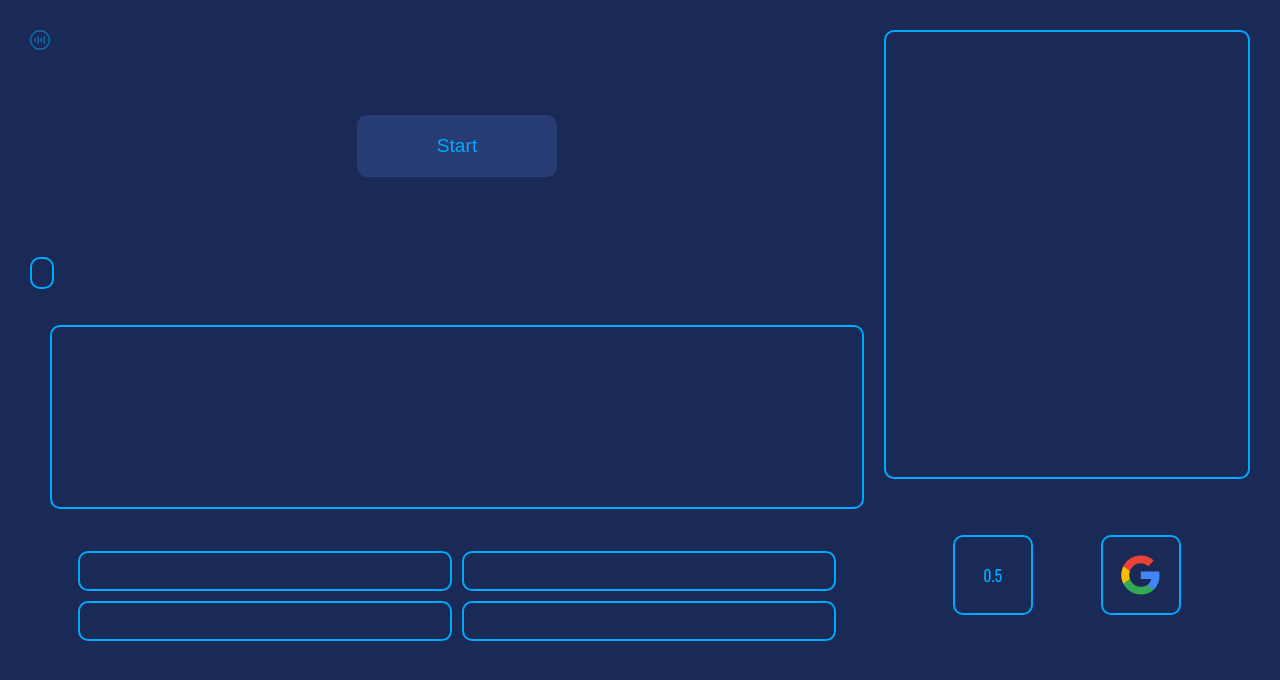
Repository: abdelrahmanahmed20021/Quiz-Platform
Page: index.html
The author's editor kept a copy of each file at every save. The page is drawn from the files as they stood at one save, then again after the next save.
The browser window is 1280 px wide. The pictures show the whole page.

Above is the page before, as saved 2023-01-11 16:41:35.
Console error: TypeError: Cannot read properties of null (reading 'addEventListener')

### index.html
<!DOCTYPE html>
<html lang="en">

    <head>
        <!-- ======== Meta =========== -->
        <meta charset="UTF-8">
        <meta http-equiv="X-UA-Compatible" content="IE=edge">
        <meta name="viewport" content="width=device-width, initial-scale=1.0">
        <title>Question || Platform</title>
        <!-- ======== Links =========== -->
        <link rel="stylesheet" href="./styles/index.css">
        <link rel="stylesheet" href="./styles/responsive.css">
        <!-- ======== Links =========== -->
    </head>

    <body>
        <section>
            <div class="audio_cotroll">
                <audio src="./assets/1.mp3" class="audio" loop></audio>
                <img src="./assets/play.svg" alt="">
                <img src="./assets/stop.svg" class="active" alt="">
            </div>

            <div class="container_1">
                <div class="start_btn flex">
                    <button id="start_quest" class="hover">Start</button>
                </div>
                <span class="quest_index border"></span>
                <div class="quest_content">
                    <div class="quset_cont flex border"></div>
                    <div class="box flex">
                        <div class="answers flex">
                            <span class="answer border hover" answer='a'></span>
                            <span class="answer border hover" answer='b'></span>
                            <span class="answer border hover" answer='c'></span>
                            <span class="answer border hover" answer='d'></span>
                        </div>
                    </div>
                </div>
            </div>

            <div class="container_2">
                <div class="quest_index_num border flex"></div>
                <div class="icons_helper flex">
                    <div class="remove_2 border flex hover">0.5</div>
                    <div class="google border hover flex"><img src="./assets/Google.svg" alt="" width="60px"></div>
                </div>
            </div>
        </section>
        <script type="module" src="./script/index.js"></script>
    </body>

</html>

### styles/index.css
/* ========= Import || Font ||  ========= */
@import url('https://fonts.googleapis.com/css2?family=Oswald:wght@200;300;400;500;600;700&display=swap');
/* ========= Import || Font ||  ========= */




/* ========= Set || Variables ||  ========= */
:root {
    --mainColor: #192a56;
    --primaryColor: #273c75;
    --lightColor: #00a8ff;
    --greenColor: #e1b12c;
    --redColor: #487eb0;
    --mainFont: 'Oswald', sans-serif;
    --mainPadding: 40px;
    --primaryPadding: 20px;
    --mainFontSize: 1.2rem;
    --primaryFontSize: .72rem;
    --mainFontWigth: 500;
    --primaryFontWigth: 700;
}

/* ========= Set || Variables ||  ========= */




/* ========= Golbal || Styles ||  ========= */
*>*,
*::after,
*::before {
    padding: 0;
    margin: 0;
    box-sizing: border-box;
    transition: all .5s ease-in-out;
    user-select: none;
    user-zoom: none;
    -webkit-user-drag: none;
}

body {
    background-color: var(--mainColor);
    font-family: var(--mainFont);
}

.flex {
    display: flex;
    align-items: center;
    justify-content: center;
}

.box {
    height: 50%;
}

.border {
    border: 2px solid var(--lightColor);
    border-radius: 10px;
}

.hover:hover {
    background-color: var(--lightColor) !important;
    color: var(--primaryColor) !important;
}

.hover_min_width:active {
    background-color: var(--lightColor) !important;
    color: var(--primaryColor) !important;
}

::-webkit-scrollbar {
    width: 5px;
}

::-webkit-scrollbar-thumb {
    background-color: var(--greenColor);
    border-radius: 10px;
}

/* ========= Golbal || Styles ||  ========= */



/* ========= Main || ElE || Styles ||  ========= */
body>section {
    display: flex;
    height: 100vh;
    padding: 30px;
}

body>section .container_1 {
    width: 70%;
    height: 100%;
}

body>section .container_2 {
    width: 30%;
    height: 100%;
    overflow: hidden;
}

body>section .container_1 .start_btn {
    height: 35%;
}

/* ========= Main || ElE || Styles ||  ========= */

/* ========= Audio || Styles ||  ========= */

body>section>.audio_cotroll {
    position: relative;
}

body>section>.audio_cotroll img {
    top: 0;
    left: 0;
    cursor: pointer;
    position: absolute;
    width: 0;
    height: 0;
    opacity: 0;
}

body>section>.audio_cotroll .active {
    opacity: 1;
    z-index: 100;
    width: auto;
    height: auto;
}

/* ========= Audio || Styles ||  ========= */


/* ========= Container || One || Styles ||  ========= */
body>section .container_1 .start_btn button {
    padding: var(--primaryPadding);
    width: 200px;
    border: 0;
    outline: 0;
    border-radius: 10px;
    font-size: var(--mainFontSize);
    background-color: var(--primaryColor);
    color: var(--lightColor);
    cursor: pointer;
    font-weight: var(--mainFontWigth);
}

body>section .container_1 .quest_content {
    height: 65%;
    padding: var(--mainPadding) var(--primaryPadding);
}

body>section .container_1 .quest_content .quset_cont {
    position: relative;
    height: 50%;
    font-size: var(--mainFontSize);
    color: var(--lightColor);
    background-color: transparent;
    padding: 90px;
}

body>section .container_1 .quest_index {
    padding: 2px 10px;
    font-size: 16px;
    color: var(--lightColor);
}

body>section .container_1 .quest_content .answers {
    width: 100%;
    justify-content: center;
    flex-wrap: wrap;
}

body>section .container_1 .quest_content .answers span {
    width: 46%;
    margin: 5px;
    min-height: 40px;
    text-align: center;
    padding: 5px 0;
    cursor: pointer;
    color: var(--lightColor);
}


/* ========= Container || One || Styles ||  ========= */




/* ========= Container || Two || Styles ||  ========= */
body>section .container_2 .quest_index_num {
    justify-content: space-between;
    flex-direction: column-reverse;
    min-height: 68%;
    max-height: 68%;
    padding-bottom: 400px;
    margin-bottom: 30px;
    overflow: auto;
}


body>section .container_2 .quest_index_num p {
    display: block;
    width: 100%;
    text-align: center;
    color: var(--primaryColor);
}

body>section .container_2 .quest_index_num .correct_answer {
    background-color: transparent !important;
    color: var(--greenColor) !important;
}

body>section .container_2 .quest_index_num .falsey_answer {
    background-color: transparent !important;
    color: var(--primaryColor) !important;
}

body>section .container_2 .icons_helper {
    justify-content: space-evenly;
    height: 20%;
}

body>section .container_2 .icons_helper .remove_2 {
    width: 80px;
    height: 80px;
    cursor: pointer;
    color: var(--lightColor);
}

body>section .container_2 .icons_helper .google {
    cursor: pointer;
    width: 80px;
    height: 80px;
}

/* ========= Container || Two || Styles ||  ========= */

/* ========= Actives || Class || Styles ||  ========= */
.active_point_quest {
    color: var(--lightColor) !important;
    font-weight: var(--primaryFontWigth);
    font-size: var(--mainFontSize);
}

.falsey_answer {
    background-color: var(--redColor) !important;
    color: var(--lightColor) !important;
}
.falsey_answer_p{
    color: red !important;
}
.correct_answer {
    background-color: var(--greenColor) !important;
    color: var(--lightColor) !important;
}

.hidde_animate_btn {
    transform: scale(0);
}

/* ========= Actives || Class || Styles ||  ========= */

### styles/responsive.css
/* ===========  Tablets || Sizes  =============== */
/* =============== Sm ================ */
@media screen and (min-width:360px) and (max-width:960px) {
    :root {
        --mainPadding: 20px;
        --primaryPadding: 10px;
        --mainFontSize: 1rem;
        --mainFontWigth: 400;
        --primaryFontWigth: 500;
    }

    body>section {
        flex-direction: column;
        padding: 20px 10px;
    }

    body>section .container_1 {
        width: 100%;
        height: 70%;

    }

    body>section .container_1 .start_btn {
        height: 20%;
    }

    body>section .container_2 {
        width: 100%;
        height: 30%;
    }

    body>section .container_2 .quest_index_num {
        min-height: 58%;
        max-height: 58%;
        padding-bottom: 0;
        padding-left: 400px;
    }

    body>section .container_2 .icons_helper {
        justify-content: space-between;
    }

    body>section .container_1 .quest_content .quset_cont {
        padding: 40px;
    }

    body>section .container_1 .quest_content .answers span {
        font-size: var(--primaryFontSize);
        font-weight: var(--primaryFontWigth);
    }

    body>section .container_2 .icons_helper .remove_2 {
        width: 60px;
        height: 60px;
    }

    body>section .container_2 .icons_helper .google {
        width: 60px;
        height: 60px;
    }

}

/* =============== Sm ================ */
/* ===========  Tablets || Sizes  =============== */

### script/index.js
import { data } from './../auth/data.js';
//============= Set || Nodes || ==================>
const audio = document.querySelector('.audio');
const start_quest = document.querySelector('#start_quest');
const quset_cont = document.querySelector('.quset_cont');
const quest_index = document.querySelector('.quest_index');
const answer = document.querySelector('.answers');
const quest_index_num = document.querySelector('.quest_index_num');
const remove_2 = document.querySelector('.remove_2');
const google = document.querySelector('.google');
const answers = document.querySelectorAll('.answer');
const audio_cotroll_img = document.querySelectorAll('.audio_cotroll img');
const description = document.querySelector(".description");
const src_quesion_img = document.querySelector(".src_quesion_img");
const poper_img = document.querySelector("#poper_img");
const poper_img_head = document.querySelector("#poper_img h1");
const poper_deleter = document.querySelector(".poper_deleter");
const black_btn = document.querySelector(".black-btn");
const poper_appender = document.querySelector(".poper_appender");
const black_wolf = document.querySelector(".black-wolf");
const quest_index_answer = document.querySelector(".quest_index_answer");
const sec_screen = document.querySelector(".sec_screen");
const full_screen = document.querySelector(".full_screen");
let start = 0;
let answer_data;
let right_answers = 0;
let unRight_answers = 0;
//============= Set || Nodes || ==================>
//======= Set || classes || =======>
class DrawUi {
    constructor(data, index) {
        this.data = data;
        this.index = index;
        this.state = true;
    }
    //======= Draw || All ||  Content || Ui =======>
    draw() {
        if (this.data != undefined && this.index != undefined) {
            this.stop_Quiz(this.data);
            if (this.state) {
                this.draw_Quest(this.data);
                this.draw_Quest_line(this.data);
            }
        }
        else {
            console.warn('please Enter data src and index of start');
        }
    }
    //======= Draw || All ||  Content || Ui =======>
    //======= Draw || Questions || Answers =======>
    draw_Quest(values) {
        let recust = ['a', 'b', 'c', 'd'];
        quset_cont.innerHTML = `<p>${values[this.index].quest}</p>`;
        src_quesion_img.src = `${values[this.index].img}`;
        if (values[this.index].img != "") {
            poper_img_head.innerText = "";
        }
        else {
            poper_img_head.innerText = "No Image At This Question";
        }
        answers.forEach((ele, index) => {
            ele.innerText = values[this.index][recust[index]];
        });
        quest_index.innerText = `Question : ${this.index + 1}`;
        quest_index_answer.innerText = `SCORE : ${right_answers} / ${values.length}`;
    }
    //======= Draw || Questions || Answers =======>
    //======= Draw || Questions || Lines =======>
    draw_Quest_line(values) {
        const quest_index_num_elements = quest_index_num.children;
        if (quest_index_num_elements.length == 0) {
            values.forEach((ele, index) => {
                quest_index_num.innerHTML += `<p>Q.${index + 1}</p>`;
            });
        }
        Array.from(quest_index_num_elements).forEach(ele => {
            ele.classList.remove('active_point_quest');
        });
        quest_index_num_elements[this.index].classList.add('active_point_quest');
    }
    //======= Draw || Questions || Lines =======>
    //======= Check || Index || Stop "Quiz" =======>
    stop_Quiz(values) {
        if (this.index > values.length - 1) {
            this.state = false;
        }
    }
}
class Checker {
    constructor() {
        this.darwer = new DrawUi(data, start);
        this.quest_index_num = quest_index_num.children;
    }
    //======= Check || All ||  Content || Answers =======>
    main_checker(ele) {
        this.answer_check(this.darwer.data);
        this.line_check(this.darwer.data, ele);
        this.Repeat(this.darwer.data);
    }
    //======= Check || All ||  Content || Answers =======>
    //======= Set|| All ||  Content || Answers =======>
    set_answers(data, state, statement) {
        if (state) {
            answers.forEach(ele => {
                if (ele.getAttribute('answer') != data[this.darwer.index].answer) {
                    ele.classList.add('falsey_answer');
                }
                else {
                    ele.classList.add('correct_answer');
                }
                if (statement) {
                    setTimeout(() => {
                        ele.classList.remove('falsey_answer');
                        ele.classList.remove('correct_answer');
                    }, 1200);
                }
            });
        }
    }
    //======= Set|| All ||  Content || Answers =======>
    //======= Set || All ||  Styles || Answers =======>
    answer_check(data) {
        if (this.darwer.index < data.length && this.darwer.index != data.length - 1) {
            this.set_answers(data, true, true);
        }
        else {
            this.set_answers(data, true, false);
        }
        setTimeout(() => {
            this.darwer.draw();
        }, 1200);
    }
    //======= Set || All ||  Styles || Answers =======>
    //======= Set || All ||  Styles || Answers || Lines =======>
    line_check(data, ele) {
        if (this.darwer.index < data.length) {
            if (ele.getAttribute('answer') == data[this.darwer.index].answer) {
                this.quest_index_num[this.darwer.index].classList.add('correct_answer');
                this.darwer.index++;
                right_answers++;
            }
            else {
                this.quest_index_num[this.darwer.index].classList.add('falsey_answer_p');
                this.darwer.index++;
                unRight_answers++;
            }
        }
    }
    //======= Set || All ||  Styles || Answers || Lines =======>
    //======= Reapet_Quiz || =======>
    Repeat(data) {
        if (this.darwer.index == data.length) {
            start_quest.classList.remove('hidde_animate_btn');
            description === null || description === void 0 ? void 0 : description.classList.remove("description_hidde");
            start_quest.innerText = 'Repeat';
            start_quest.addEventListener('click', () => {
                location.reload();
            });
        }
    }
}
class Delet {
    constructor(ele, data, index) {
        this.ele = ele;
        this.data = data;
        this.index = index;
    }
    swper() {
        if (this.ele.innerText == '0.5') {
            this.get_data();
        }
        else {
            window.open('https://google.com/');
        }
    }
    get_data() {
        this.delete(data);
    }
    delete(data) {
        if (quset_cont.innerText != '') {
            let falsey_data = [];
            Array.from(answers).filter((ele, index) => {
                if (ele.getAttribute('answer') != data[this.index].answer) {
                    falsey_data.push(index);
                }
            });
            answers[falsey_data[0]].innerText = '';
            answers[falsey_data[1]].innerText = '';
        }
    }
}
//======= Set || classes || =======>
//======= Start || Quiz || App =======>
start_quest.addEventListener('click', start_app);
function start_app(e) {
    if (sec_screen.requestFullscreen) {
        sec_screen.requestFullscreen();
        full_screen.innerText = "Close the full page Mode";
    }
    //======= Audio || Controls =======>
    audio.play();
    audio_cotroll_img[1].classList.remove('active');
    audio_cotroll_img[0].classList.add('active');
    //======= Audio || Controls =======>
    //======= Draw || Ui || Class =======>
    const play = new DrawUi(data, start);
    play.draw();
    //======= Draw || Ui || Class =======>
    //======= Checker || In || Chossen =======>
    const chek = new Checker();
    answers.forEach(ele => {
        ele.addEventListener('click', (e) => {
            chek.main_checker(e.target);
            quest_index_num.scrollTop = -45 * (unRight_answers + right_answers);
        });
    });
    //======= Checker || In || Chossen =======>
    //======= Delet || Button || And Event =======>
    e.target.classList.add("hidde_animate_btn");
    e.target.removeEventListener('click', start_app);
    //======= Delet || Button || And Event =======>
    //======= Remove || Two || Answers =======>
    remove_2.addEventListener("click", (e) => {
        const deleter = new Delet(e.target, chek.darwer.data, chek.darwer.index);
        deleter.swper();
    });
    //======= Remove || Two || Answers =======>
    //===== Simple || Animate ========>
    quest_index_num.style.padding = '0';
}
//======= Start || Quiz || App =======>
//======= Audio || Controller || App =======>
audio_cotroll_img.forEach(ele => {
    ele.addEventListener('click', () => {
        if (audio.paused) {
            audio_cotroll_img[1].classList.remove('active');
            audio_cotroll_img[0].classList.add('active');
            audio.play();
        }
        else if (!audio.paused) {
            audio_cotroll_img[1].classList.add('active');
            audio_cotroll_img[0].classList.remove('active');
            audio.pause();
        }
    });
});
//======= Audio || Controller || App =======>
//========= Handel  || Hover  || Effect  || in  || Small  || Deveices ||  ============>
window.addEventListener('resize', () => {
    if (window.innerWidth < 961) {
        const hover = document.querySelectorAll('.hover');
        hover.forEach(ele => {
            ele.classList.add('hover_2');
            ele.classList.remove('hover');
        });
        console.warn('resized to small delet hover');
    }
    else {
        const hover_2 = document.querySelectorAll('.hover_2');
        hover_2.forEach(ele => {
            ele.classList.add('hover');
            ele.classList.remove('hover_2');
        });
        console.warn('resized to Big add hover');
    }
});
//========= Handel  || Hover  || Effect  || in  || Small  || Deveices ||  ============>
poper_deleter === null || poper_deleter === void 0 ? void 0 : poper_deleter.addEventListener("click", () => {
    poper_img.classList.add("hide_poper");
    if (sec_screen.requestFullscreen) {
        sec_screen.requestFullscreen();
    }
});
poper_appender === null || poper_appender === void 0 ? void 0 : poper_appender.addEventListener("click", () => {
    poper_img.classList.remove("hide_poper");
    // if(document.exitFullscreen) {
    //     document.exitFullscreen();
    //   }
});
description === null || description === void 0 ? void 0 : description.addEventListener("click", () => {
    window.location.href = "info.html";
});
black_btn.addEventListener("click", () => {
    black_wolf.style.display = "none";
});
full_screen.addEventListener("click", () => {
    if (full_screen.innerText == "Close the full page Mode") {
        if (document.exitFullscreen) {
            document.exitFullscreen();
            full_screen.innerText = "Active the full page Mode";
        }
    }
    else {
        if (sec_screen.requestFullscreen) {
            sec_screen.requestFullscreen();
            full_screen.innerText = "Close the full page Mode";
        }
    }
});

Loaded but not shown: auth/data.js (318 lines, source omitted)

After the next save:
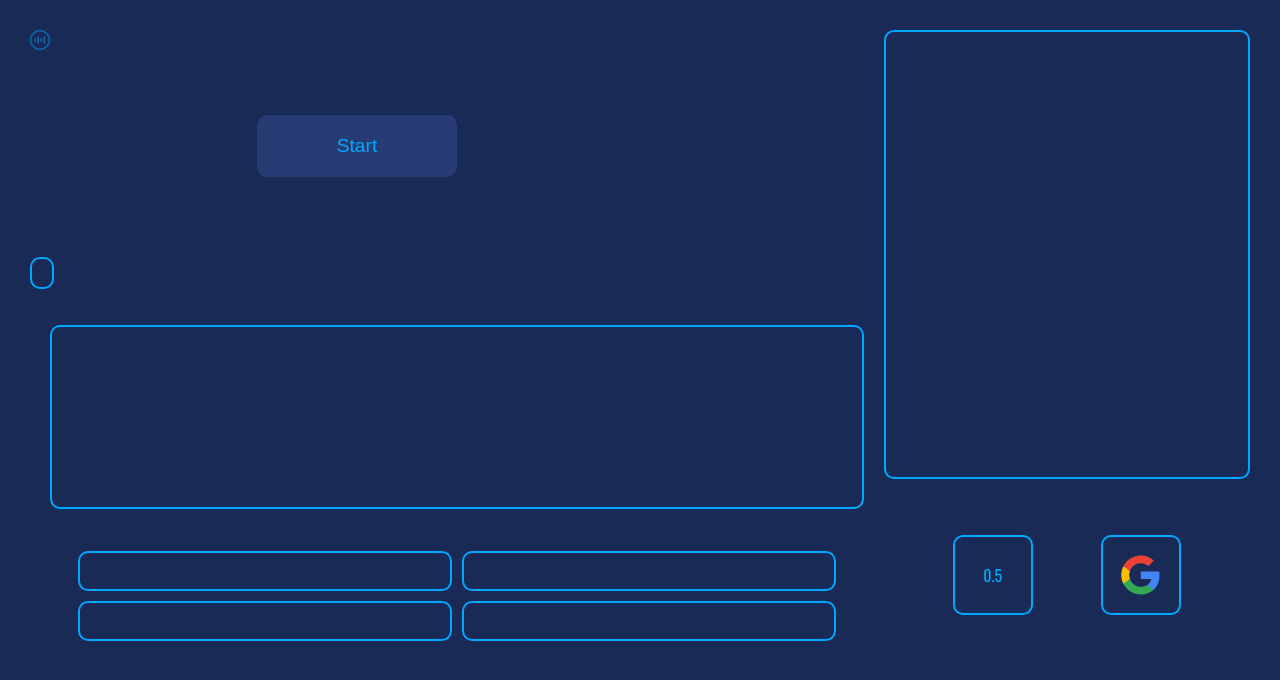
Saved 3 min 8 s later.
--- a/index.html
+++ b/index.html
@@ -24,6 +24,7 @@
             <div class="container_1">
                 <div class="start_btn flex">
                     <button id="start_quest" class="hover">Start</button>
+                    <button class="hidde_animate_btn">SEE All</button>
                 </div>
                 <span class="quest_index border"></span>
                 <div class="quest_content">

After the save that followed:
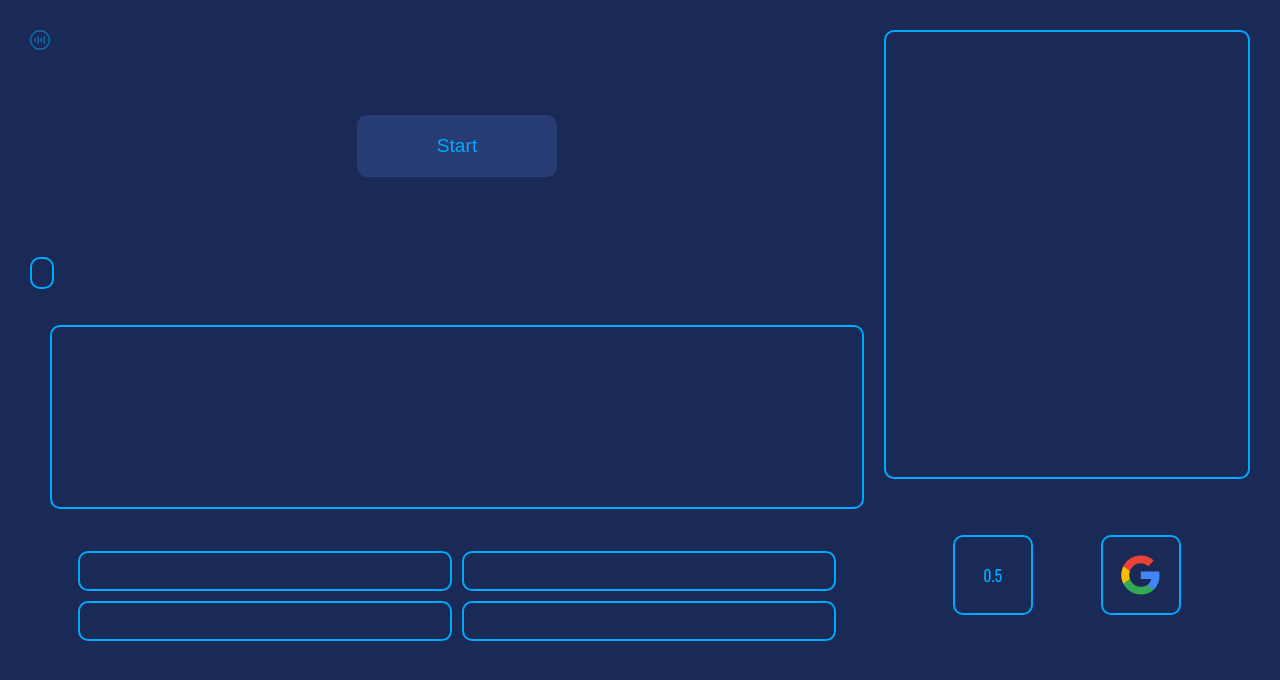
Saved 7 s later.
--- a/index.html
+++ b/index.html
@@ -24,7 +24,7 @@
             <div class="container_1">
                 <div class="start_btn flex">
                     <button id="start_quest" class="hover">Start</button>
-                    <button class="hidde_animate_btn">SEE All</button>
+                    <!-- <button class="hidde_animate_btn">SEE All</button> -->
                 </div>
                 <span class="quest_index border"></span>
                 <div class="quest_content">
